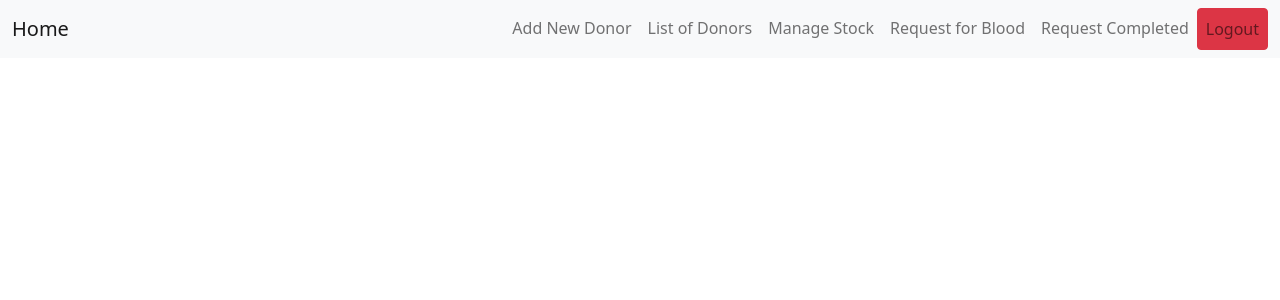
Repository: kshitizJ/Blood-Bank-Management-System-in-jsp
Page: http://localhost/Blood_Bank_Management_System/editDeleteList.jsp
These files come from the project's save history. The page is drawn as it stood at one moment and after the next save; the edit follows.
The browser window is 1280 px wide. The pictures show the whole page.
The page is served by Tomcat 9. Queries for data that is not in the repository find no rows.

Above is the page before, as saved 2021-04-28 09:01:37.

### Blood Bank Management System/WebContent/editDeleteList.jsp
<%@page import="project.ConnectionProvider"%>
<%@page import="java.sql.*"%>
<%@include file="header.html"%>
<!DOCTYPE html>
<html lang="en">
<head>
<meta charset="UTF-8">
<meta http-equiv="X-UA-Compatible" content="IE=edge">
<meta name="viewport" content="width=device-width, initial-scale=1.0">
<title>Edit Delete List</title>

<style>
.container {
	margin-top: 75px;
}
</style>
</head>
<body>
	<div class="container-fluid">
		<div class="row">
			<div class="col-12">
				<table class="table table-bordered table-striped table-hover">
					<thead>
						<tr>
							<th scope="col">ID</th>
							<th scope="col">Name</th>
							<th scope="col">Father name</th>
							<th scope="col">Mother Name</th>
							<th scope="col">Number</th>
							<th scope="col">Gender</th>
							<th scope="col">Email</th>
							<th scope="col">Blood Group</th>
							<th scope="col">Address</th>
							<th scope="col">Date</th>
							<th scope="col">Edit</th>
							<th scope="col">Delete</th>
						</tr>
					</thead>
					<tbody>
						<tr>
							<%
								try {
								Connection con = ConnectionProvider.getCon();
								Statement st = con.createStatement();
								ResultSet rs = st.executeQuery("select * from donor");
								while (rs.next()) {
							%>
							<td>
								<%
									rs.getInt(1);
								%>
							</td>
							<td>
								<%
									rs.getString(2);
								%>
							</td>
							<td>
								<%
									rs.getString(3);
								%>
							</td>
							<td>
								<%
									rs.getString(4);
								%>
							</td>
							<td>
								<%
									rs.getString(5);
								%>
							</td>
							<td>
								<%
									rs.getString(6);
								%>
							</td>
							<td>
								<%
									rs.getString(7);
								%>
							</td>
							<td>
								<%
									rs.getString(8);
								%>
							</td>
							<td>
								<%
									rs.getString(9);
								%>
							</td>
							<td>
								<%
									rs.getDate(10);
								%>
							</td>
							<td><a class="btn btn-warning"
								href="updateDonor.jsp?id=<%rs.getInt(1);%>">Edit</a></td>
							<td><a class="btn btn-danger"
								href="deleteDonor.jsp?id=<%rs.getInt(1);%>">Delete</a></td>
							<%
								}
							} catch (Exception e) {
								System.out.print(e.getMessage());
							}
							%>
						</tr>
					</tbody>
				</table>
			</div>
		</div>
	</div>
</body>
</html>

### Blood Bank Management System/WebContent/header.html
<!DOCTYPE html>
<html lang="en">
<head>
<meta charset="UTF-8">
<meta http-equiv="X-UA-Compatible" content="IE=edge">
<meta name="viewport" content="width=device-width, initial-scale=1.0">
<title>Admin Panel</title>
<link
	href="https://cdn.jsdelivr.net/npm/bootstrap@5.0.0-beta3/dist/css/bootstrap.min.css"
	rel="stylesheet"
	integrity="sha384-eOJMYsd53ii+scO/bJGFsiCZc+5NDVN2yr8+0RDqr0Ql0h+rP48ckxlpbzKgwra6"
	crossorigin="anonymous">
<link rel="stylesheet" href="style.css" type="text/css" media="screen">
</head>
<body>
	<nav class="navbar fixed-top navbar-expand-lg navbar-light bg-light">
		<div class="container-fluid">
			<a class="navbar-brand" href="home.jsp">Home</a>
			<button class="navbar-toggler" type="button"
				data-bs-toggle="collapse" data-bs-target="#navbarNav"
				aria-controls="navbarNav" aria-expanded="false"
				aria-label="Toggle navigation">
				<span class="navbar-toggler-icon"></span>
			</button>
			<div class="collapse navbar-collapse justify-content-end"
				id="navbarNav">
				<ul class="navbar-nav ">
					<li class="nav-item"><a class="nav-link"
						href="addNewDonor.jsp">Add New Donor</a></li>
					<li class="nav-item"><a class="nav-link"
						href="editDeleteList.jsp">List of Donors</a></li>
					<li class="nav-item"><a class="nav-link"
						href="manageStock.jsp">Manage Stock</a></li>
					<li class="nav-item"><a class="nav-link"
						href="requestForBlood.jsp">Request for Blood</a></li>
					<li class="nav-item"><a class="nav-link"
						href="requestCompleted.jsp">Request Completed</a></li>
					<li class="nav-item"><a class="nav-link btn btn-danger"
						href="adminLogin.jsp">Logout</a></li>
				</ul>
			</div>
		</div>
	</nav>
</body>
<script
	src="https://cdn.jsdelivr.net/npm/bootstrap@5.0.0-beta3/dist/js/bootstrap.bundle.min.js"
	integrity="sha384-JEW9xMcG8R+pH31jmWH6WWP0WintQrMb4s7ZOdauHnUtxwoG2vI5DkLtS3qm9Ekf"
	crossorigin="anonymous"></script>

</html>

### Blood Bank Management System/src/project/ConnectionProvider.java
package project;

import java.sql.*;

public class ConnectionProvider {
	public static Connection getCon() {
		try {
			Class.forName("com.mysql.cj.jdbc.Driver");
			Connection con = DriverManager.getConnection("jdbc:mysql://localhost:3306/Blood_Bank_Management_System",
					"root", "Kshitiz123@");
			return con;
		} catch (Exception e) {
			// TODO: handle exception
			System.out.println(e.getMessage());
			return null;
		}
	}
}

### Blood Bank Management System/WebContent/style.css
img {
	width: 100%;
	height: 500px;
}

.logo {
	width: 100px;
	height: 60px;
}

container-fluid {
	padding: 0;
}

After the next save:
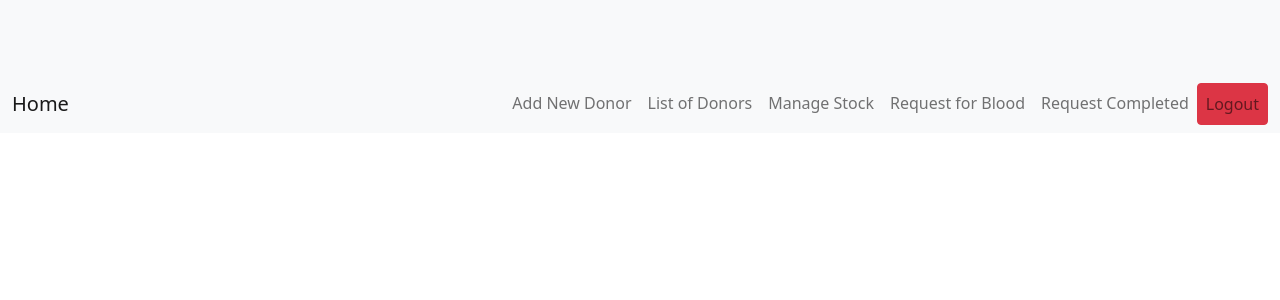
Saved 14 s later.
--- a/Blood Bank Management System/WebContent/editDeleteList.jsp
+++ b/Blood Bank Management System/WebContent/editDeleteList.jsp
@@ -10,7 +10,7 @@
 <title>Edit Delete List</title>
 
 <style>
-.container {
+.container-fluid {
 	margin-top: 75px;
 }
 </style>
